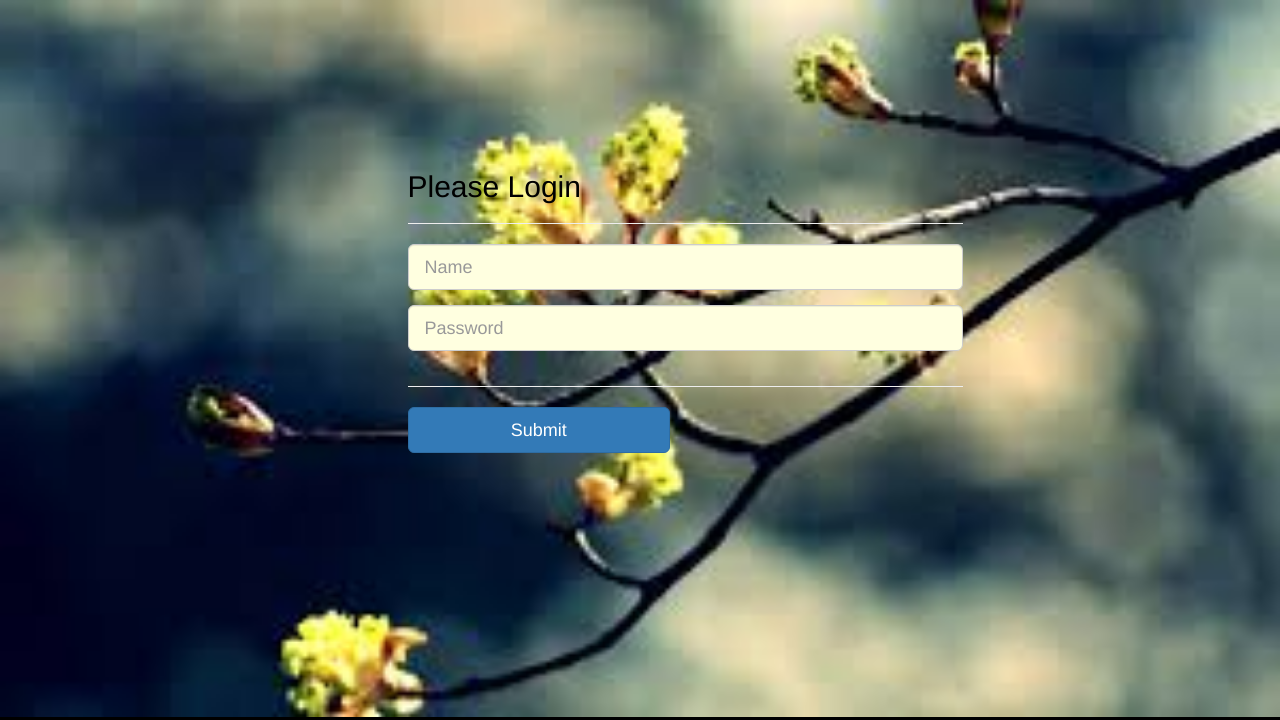
Repository: 123poornima/UpdatedSecondProject
Page: frontendPro/WebContent/_user/login.html
The author's editor kept a copy of each file at every save. The page is drawn from the files as they stood at one save, then again after the next save.
The browser window is 1280 px wide. The pictures show the whole page.

Above is the page before, as saved 2017-01-10 05:48:35.

### frontendPro/WebContent/_user/login.html
<!DOCTYPE html>
<html>
<head>
<meta charset="ISO-8859-1">
<link rel="stylesheet" href="http://maxcdn.bootstrapcdn.com/bootstrap/3.3.7/css/bootstrap.min.css">

<!-- jQuery library -->
<script src="https://ajax.googleapis.com/ajax/libs/jquery/1.12.4/jquery.min.js"></script>

<!-- Latest compiled JavaScript -->
<script src="http://maxcdn.bootstrapcdn.com/bootstrap/3.3.7/js/bootstrap.min.js"></script>
<title>Insert title here</title>
<style>
body{
background-image: url(resources/images/secpro4.jpg);
background-size:     cover;
    background-repeat:   no-repeat;
    background-color:black;
 }
</style>
</head>
<body>
<div class="container" style="align:center; margin: 150px 0px 0px 100px">
   <div class="row">
    <div class="col-xs-12 col-sm-8 col-md-6 col-sm-offset-4 col-md-offset-3">


          <h2 style="color:#000000">Please Login</h2>
	     <hr class="colorgraph">
        <div class="row">
				<div class="col-sm-12 ">
					<div class="form-group">
						<input style="background-color:#FFFFE0" type="text" ng-model="user.username" placeholder="Name" name="username" class="form-control input-lg"  />
					</div>
		       </div>
		 </div>

		 <div class="row">
				<div class="col-xs-12">
					<div class="form-group">
						<input style="background-color:#FFFFE0" type="password"  name="password" ng-model="user.password" placeholder="Password" class="form-control input-lg"  tabindex="2" />
					</div>
			 </div>
		</div>
			<hr class="colorgraph">
 			<div class="row">
				<div class="col-xs-12 col-md-6"><input type="submit" ng-click="submit()" class="btn btn-primary btn-block btn-lg" tabindex="7"></div>

			</div>

			</div>
	  </div>
	</div>
</body>
</html>

After the next save:
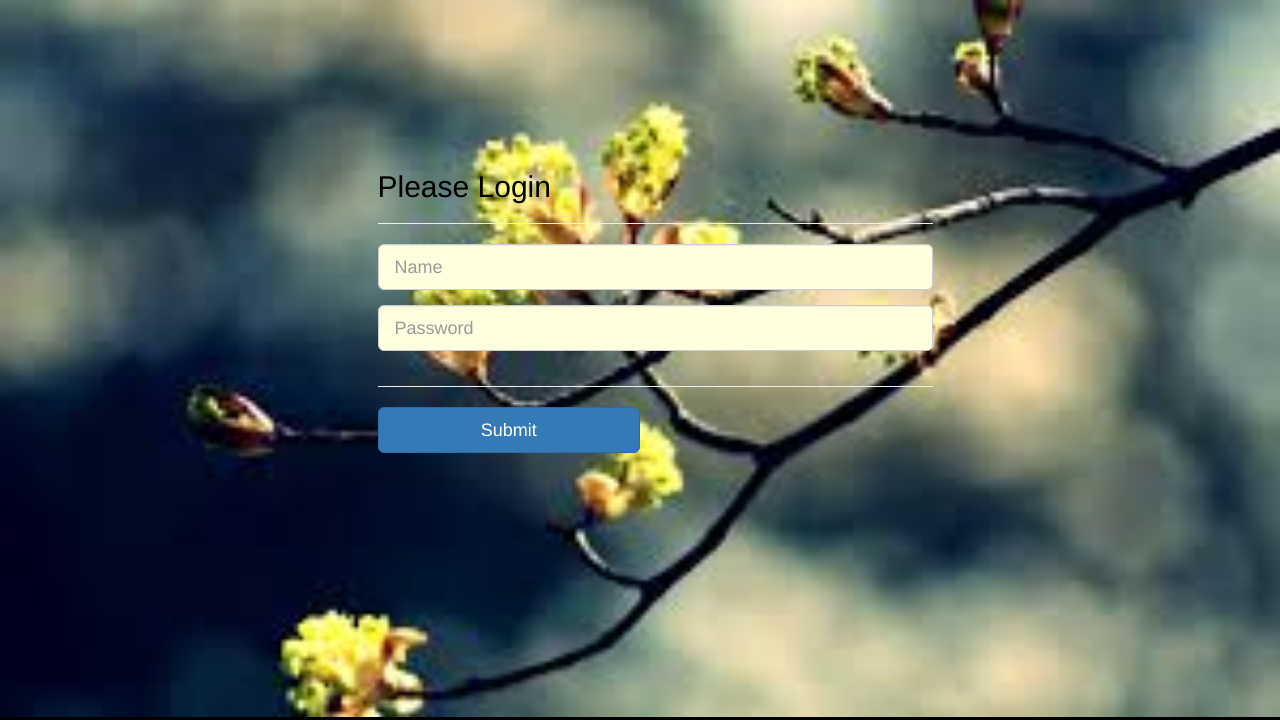
Saved 35 s later.
--- a/frontendPro/WebContent/_user/login.html
+++ b/frontendPro/WebContent/_user/login.html
@@ -20,7 +20,7 @@ background-size:     cover;
 </style>
 </head>
 <body>
-<div class="container" style="align:center; margin: 150px 0px 0px 100px">
+<div class="container" style="align:center; margin: 150px 0px 0px 70px">
    <div class="row">
     <div class="col-xs-12 col-sm-8 col-md-6 col-sm-offset-4 col-md-offset-3">
 
